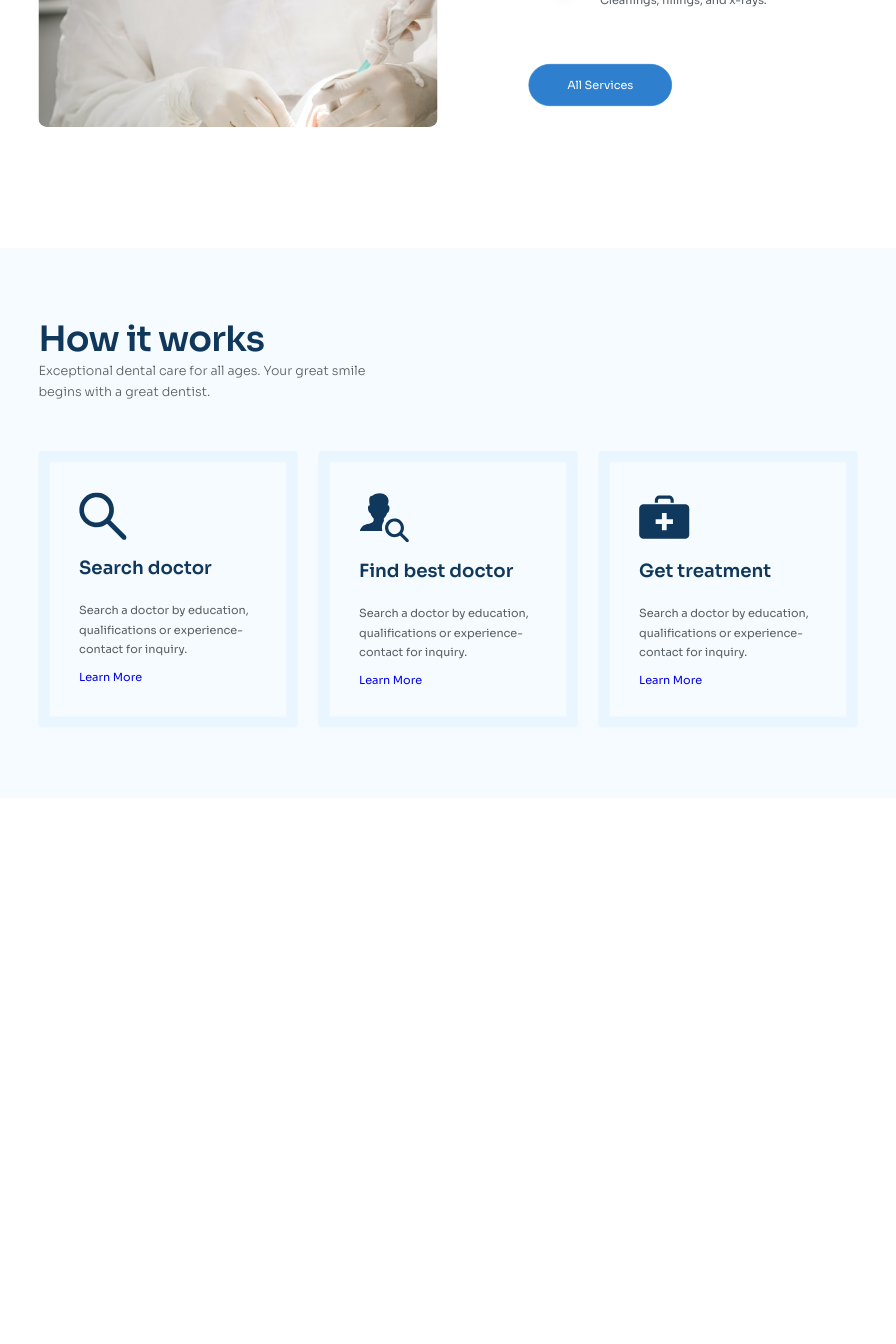
Repository: Tran-Dat/F8_Project_03
Page: index.html
An editor plug-in stored every save of this project. The page is shown before and after the next save, followed by the edit.
The browser window is 1280 px wide. The pictures show the part of the page from y = 1549 to 3469 px (the page is 3800 px tall), at 70% of full size.

Above is the page before, as saved 2023-04-03 15:54:26.

### index.html
<!DOCTYPE html>
<html lang="en">
    <head>
        <meta charset="UTF-8" />
        <meta http-equiv="X-UA-Compatible" content="IE=edge" />
        <meta name="viewport" content="width=device-width, initial-scale=1.0" />
        <title>shine smile</title>

        <!-- Favicon -->
        <link rel="apple-touch-icon" sizes="57x57" href="./assets/favicon/" />
        <link
            rel="apple-touch-icon"
            sizes="60x60"
            href="./assets/favicon/apple-icon-60x60.png"
        />
        <link
            rel="apple-touch-icon"
            sizes="72x72"
            href="./assets/favicon/apple-icon-72x72.png"
        />
        <link
            rel="apple-touch-icon"
            sizes="76x76"
            href="./assets/favicon/apple-icon-76x76.png"
        />
        <link
            rel="apple-touch-icon"
            sizes="114x114"
            href="./assets/favicon/apple-icon-114x114.png"
        />
        <link
            rel="apple-touch-icon"
            sizes="120x120"
            href="./assets/favicon/apple-icon-120x120.png"
        />
        <link
            rel="apple-touch-icon"
            sizes="144x144"
            href="./assets/favicon/apple-icon-144x144.png"
        />
        <link
            rel="apple-touch-icon"
            sizes="152x152"
            href="./assets/favicon/apple-icon-152x152.png"
        />
        <link
            rel="apple-touch-icon"
            sizes="180x180"
            href="./assets/favicon/apple-icon-180x180.png"
        />
        <link
            rel="icon"
            type="image/png"
            sizes="192x192"
            href="./assets/favicon/android-icon-192x192.png"
        />
        <link
            rel="icon"
            type="image/png"
            sizes="32x32"
            href="./assets/favicon/favicon-32x32.png"
        />
        <link
            rel="icon"
            type="image/png"
            sizes="96x96"
            href="./assets/favicon/favicon-96x96.png"
        />
        <link
            rel="icon"
            type="image/png"
            sizes="16x16"
            href="./assets/favicon/favicon-16x16.png"
        />
        <link rel="manifest" href="./assets/favicon/manifest.json" />
        <meta name="msapplication-TileColor" content="#ffffff" />
        <meta
            name="msapplication-TileImage"
            content="./assets/favicon/ms-icon-144x144.png"
        />
        <meta name="theme-color" content="#ffffff" />

        <!-- Emmet Fonts -->
        <link rel="preconnect" href="https://fonts.googleapis.com" />
        <link rel="preconnect" href="https://fonts.gstatic.com" crossorigin />
        <link
            href="https://fonts.googleapis.com/css2?family=Sora:wght@300;400;500;600;700;800&display=swap"
            rel="stylesheet"
        />

        <!-- Reset Css -->
        <link rel="stylesheet" href="./assets/css/reset.css" />
        <link rel="stylesheet" href="./assets/css/style.css" />
    </head>
    <body>
        <!-- Header -->
        <header class="header">
            <div class="container">
                <!-- Header top -->
                <div class="header-top">
                    <!-- Logo -->
                    <a href="/">
                        <div class="logo">
                            <span class="logo__circle"> </span>
                            <span class="logo__text">
                                <span class="logo__brand">Shine</span>
                                <span class="logo__brand logo__brand--small">
                                    smile
                                </span>
                            </span>
                        </div>
                    </a>

                    <!-- NavBar -->
                    <nav class="navbar">
                        <ul class="navbar__list">
                            <li class="navbar__item">
                                <a
                                    href="#!"
                                    class="navbar__link navbar__item--active"
                                >
                                    Home
                                </a>
                            </li>
                            <li class="navbar__item">
                                <a href="#!" class="navbar__link">Services</a>
                            </li>
                            <li class="navbar__item">
                                <a href="#!" class="navbar__link">About</a>
                            </li>
                            <li class="navbar__item">
                                <a href="#!" class="navbar__link">Doctors</a>
                            </li>
                        </ul>
                    </nav>

                    <!-- Action -->
                    <div class="header-action">
                        <a href="" class="header-action__login">Log In</a>
                        <button href="" class="btn header-action__signup">
                            Sign Up
                        </button>
                    </div>
                </div>

                <!-- Hero -->
                <section class="hero">
                    <!-- Hero content -->
                    <section class="hero__content">
                        <h1 class="hero__heading">
                            Exceptional dental care for all ages.
                        </h1>
                        <p class="hero__desc">
                            Exceptional dental care for all ages. Your great
                            smile begins with a great dentist.
                        </p>
                        <div class="hero__row">
                            <a href="" class="btn">Book Online</a>
                            <span class="hero__phone"
                                >or call (123) 456-7890</span
                            >
                        </div>
                    </section>

                    <!-- Hero media -->
                    <div class="hero__media">
                        <figure class="hero__images">
                            <img
                                src="./assets/img/hero-01.jpg"
                                alt=""
                                class="hero__img"
                            />
                            <img
                                src="./assets/img/hero-02.jpg"
                                alt=""
                                class="hero__img"
                            />
                        </figure>
                    </div>
                </section>
            </div>
        </header>

        <main style="height: 3000px">
            <!-- Service -->
            <section class="service">
                <div class="container">
                    <h2 class="service__heading section-heading">
                        Our services
                    </h2>
                    <p class="service__desc section-desc">
                        Exceptional dental care for all ages. Your great smile
                        begins with a great dentist.
                    </p>

                    <div class="service__row">
                        <figure>
                            <img
                                src="./assets/img/hero-01.jpg"
                                alt=""
                                class="service__img"
                            />
                        </figure>

                        <div>
                            <!-- Service List -->
                            <div class="service__list">
                                <!-- Service item 1 -->
                                <section class="service-item">
                                    <div class="service-item__icon">
                                        <!-- icon -->
                                        <svg
                                            width="22"
                                            height="24"
                                            viewBox="0 0 22 24"
                                            fill="none"
                                            xmlns="http://www.w3.org/2000/svg"
                                        >
                                            <path
                                                d="M20.3598 2.63964C17.9506 -0.556131 14.2772 -0.568132 11.2481 1.10682C11.001 1.24657 10.7219 1.31411 10.4406 1.30222C10.1592 1.29033 9.88633 1.19945 9.65105 1.03931C8.49552 0.245717 7.29036 -0.316477 5.13904 0.207462C0.623408 1.3071 0 4.90379 0 8.99816C0.0797353 12.1602 0.500857 15.3032 1.25551 18.3683C2.11836 22.0168 3.90382 24 5.43354 24C6.96326 24 7.00963 22.2204 7.00963 20.8016C7.00963 19.2009 7.39505 14.8009 10.8642 14.8009C13.5317 14.8009 14.3333 18.4013 14.3333 20.8016C14.3329 23.095 15.1722 24 16.6628 24C19.5267 24 20.9796 15.3938 21.3719 13.1237C21.7642 10.8535 22.9882 6.12569 20.3598 2.63964Z"
                                                fill="currentColor"
                                            />
                                        </svg>
                                    </div>

                                    <div class="service-item__body">
                                        <h3 class="service-item__heading">
                                            Oral Surgery
                                        </h3>
                                        <p class="service-item__desc">
                                            Everything you expect and then some.
                                            Cleanings, fillings, and x-rays.
                                        </p>
                                    </div>
                                </section>

                                <!-- Service item 2 -->
                                <section class="service-item">
                                    <div class="service-item__icon">
                                        <!-- icon -->
                                        <svg
                                            width="22"
                                            height="24"
                                            viewBox="0 0 22 24"
                                            fill="none"
                                            xmlns="http://www.w3.org/2000/svg"
                                        >
                                            <path
                                                d="M20.3598 2.63964C17.9506 -0.556131 14.2772 -0.568132 11.2481 1.10682C11.001 1.24657 10.7219 1.31411 10.4406 1.30222C10.1592 1.29033 9.88633 1.19945 9.65105 1.03931C8.49552 0.245717 7.29036 -0.316477 5.13904 0.207462C0.623408 1.3071 0 4.90379 0 8.99816C0.0797353 12.1602 0.500857 15.3032 1.25551 18.3683C2.11836 22.0168 3.90382 24 5.43354 24C6.96326 24 7.00963 22.2204 7.00963 20.8016C7.00963 19.2009 7.39505 14.8009 10.8642 14.8009C13.5317 14.8009 14.3333 18.4013 14.3333 20.8016C14.3329 23.095 15.1722 24 16.6628 24C19.5267 24 20.9796 15.3938 21.3719 13.1237C21.7642 10.8535 22.9882 6.12569 20.3598 2.63964Z"
                                                fill="currentColor"
                                            />
                                        </svg>
                                    </div>

                                    <div class="service-item__body">
                                        <h3 class="service-item__heading">
                                            Wisdom Teeth Removal
                                        </h3>
                                        <p class="service-item__desc">
                                            Everything you expect and then some.
                                            Cleanings, fillings, and x-rays.
                                        </p>
                                    </div>
                                </section>

                                <!-- Service item 3 -->
                                <section class="service-item">
                                    <div class="service-item__icon">
                                        <!-- icon -->
                                        <svg
                                            width="22"
                                            height="24"
                                            viewBox="0 0 22 24"
                                            fill="none"
                                            xmlns="http://www.w3.org/2000/svg"
                                        >
                                            <path
                                                d="M20.3598 2.63964C17.9506 -0.556131 14.2772 -0.568132 11.2481 1.10682C11.001 1.24657 10.7219 1.31411 10.4406 1.30222C10.1592 1.29033 9.88633 1.19945 9.65105 1.03931C8.49552 0.245717 7.29036 -0.316477 5.13904 0.207462C0.623408 1.3071 0 4.90379 0 8.99816C0.0797353 12.1602 0.500857 15.3032 1.25551 18.3683C2.11836 22.0168 3.90382 24 5.43354 24C6.96326 24 7.00963 22.2204 7.00963 20.8016C7.00963 19.2009 7.39505 14.8009 10.8642 14.8009C13.5317 14.8009 14.3333 18.4013 14.3333 20.8016C14.3329 23.095 15.1722 24 16.6628 24C19.5267 24 20.9796 15.3938 21.3719 13.1237C21.7642 10.8535 22.9882 6.12569 20.3598 2.63964Z"
                                                fill="currentColor"
                                            />
                                        </svg>
                                    </div>

                                    <div class="service-item__body">
                                        <h3 class="service-item__heading">
                                            Preventative Dentistry
                                        </h3>
                                        <p class="service-item__desc">
                                            Everything you expect and then some.
                                            Cleanings, fillings, and x-rays.
                                        </p>
                                    </div>
                                </section>
                            </div>

                            <a href="" class="btn">All Services</a>
                        </div>
                    </div>
                </div>
            </section>

            <!-- Work -->
            <section class="work">
                <div class="container">
                    <h2 class="section-heading">How it works</h2>
                    <p class="section-desc work__desc">
                        Exceptional dental care for all ages. Your great smile
                        begins with a great dentist.
                    </p>

                    <!-- Work List -->
                    <div class="work__list">
                        <!-- work item 1 -->
                        <section class="work-item">
                            <img
                                src="./assets/icon/search.svg"
                                alt="search"
                                class="work-item__icon"
                            />
                            <h3 class="work-item__heading">Search doctor</h3>
                            <p class="work-item__desc">
                                Search a doctor by education, qualifications or
                                experience-contact for inquiry.
                            </p>
                            <a href="#!" class="work__more">Learn More</a>
                        </section>

                        <!-- work item 2 -->
                        <section class="work-item">
                            <img
                                src="./assets/icon/search-use.svg"
                                alt="search"
                                class="work-item__icon"
                            />
                            <h3 class="work-item__heading">Find best doctor</h3>
                            <p class="work-item__desc">
                                Search a doctor by education, qualifications or
                                experience-contact for inquiry.
                            </p>
                            <a href="#!" class="work__more">Learn More</a>
                        </section>

                        <!-- work item 3 -->
                        <section class="work-item">
                            <img
                                src="./assets/icon/bag.svg"
                                alt="search"
                                class="work-item__icon"
                            />
                            <h3 class="work-item__heading">Get treatment</h3>
                            <p class="work-item__desc">
                                Search a doctor by education, qualifications or
                                experience-contact for inquiry.
                            </p>
                            <a href="#!" class="work__more">Learn More</a>
                        </section>
                    </div>
                </div>
            </section>
        </main>
    </body>
</html>

### assets/css/style.css
* {
    box-sizing: border-box;
}

:root {
    --header-bg: #10375c;
}

html {
    font-size: 62.5%;
}

body {
    font-size: 1.6rem;
    font-family: "Sora", sans-serif;
}

/* ================================================================ Common ================================================================ */

.btn {
    --height: 60px;

    display: inline-block;
    min-width: 205px;
    height: var(--height);
    padding: 0 20px;
    border-radius: 99px;
    border: 1px solid #2e80ce;
    font-size: 1.6rem;
    font-weight: 400;
    text-align: center;
    line-height: var(--height);
    color: #fff;
    background: #2e80ce;
}

.btn:hover {
    opacity: 0.9;
    cursor: pointer;
}

a {
    text-decoration: none;
}

.container {
    width: 1170px;
    max-width: calc(100% - 48px);
    margin: 0 auto;
}

.section-heading {
    font-weight: 600;
    font-size: 5rem;
    line-height: 1.2;
    letter-spacing: -0.02em;
    color: #10375c;
}

.section-desc {
    font-weight: 300;
    font-size: 1.8rem;
    line-height: 1.67;
    color: #575f66;
}

/* ================================================================ Header ================================================================ */

.header {
    min-height: 100vh;
    background: var(--header-bg);
    padding-top: 30px;
}

.header-top {
    display: flex;
    justify-content: space-between;
    align-items: center;
}

.logo {
    display: inline-flex;
    position: relative;
    font-size: 1rem;
}

.logo__circle::before,
.logo__circle::after {
    content: "";
    display: inline-block;
    border-radius: 50%;
}

.logo__circle::before {
    width: 3em;
    height: 3em;
    background: #2e80ce;
}

.logo__circle::after {
    position: absolute;
    top: 1.1em;
    left: 1.1em;
    width: 1.6em;
    height: 1.6em;
    background: #fff;
}

.logo__text {
    margin-left: 0.6em;
    text-align: right;
    line-height: 1.6em;
}

.logo__brand {
    display: block;
    font-size: 1.8em;
    font-weight: 400;
    color: #fff;
}

.logo__brand--small {
    font-size: 1.2em;
    font-weight: 300;
}

.navbar__list {
    display: flex;
}

.header-action__login,
.navbar__link {
    padding: 4px 21px;
    font-weight: 300;
    font-size: 1.6rem;
    line-height: 1.75;
    color: #c9d2da;
}

.navbar__link:hover,
.navbar__item--active {
    text-shadow: 1px 0 0 currentColor;
    color: #fff;
}

.navbar__item--active::before {
    position: relative;
    left: -8px;
    top: -2px;
    content: "";
    display: inline-block;
    width: 6px;
    height: 6px;
    border-radius: 50%;
    background-color: #fff;
}

.header-action {
    display: flex;
    align-items: center;
}

.header-action__login {
    margin-right: 7px;
}

.header-action__signup {
    --height: 44px;
    height: var(--height);
    min-width: 104px;
}

/* ========================================== Hero =========================================== */

.hero {
    margin-top: 76px;
    display: flex;
    align-items: center;
    padding-bottom: 110px;
}

/*           Hero content             */
.hero__content {
    flex-shrink: 0;
    width: 44%;
}

.hero__heading {
    font-weight: 600;
    font-size: 7rem;
    line-height: 1.14;
    letter-spacing: -0.02em;
    color: #ffffff;
}

.hero__desc {
    margin-top: 22px;
    font-weight: 300;
    font-size: 1.8rem;
    line-height: 1.67;
    color: #c9d2da;
}

.hero__row {
    display: flex;
    align-items: center;
    margin-top: 38px;
}

.hero__phone {
    margin-left: 38px;
    font-size: 1.8rem;
    line-height: 1.67;
    color: #ffffff;
}

/*           Hero media             */
.hero__media {
    flex-grow: 1;
}

.hero__images {
    display: flex;
    justify-content: flex-end;
    align-items: center;
}

.hero__img {
    width: 330px;
    height: 540px;
    border-radius: 6px;
    object-fit: cover;
}

.hero__img:first-child {
    position: relative;
    margin-right: -6px;
}

.hero__img:last-child {
    width: 210px;
    height: 410px;
}

/* ================================================================ Service ================================================================ */

.service {
    padding: 170px 0;
}

.service__heading,
.service__desc {
    text-align: center;
}

.service__desc {
    max-width: 468px;
    margin-left: auto;
    margin-right: auto;
}

.service__row {
    display: flex;
    justify-content: space-between;
    align-items: center;
    margin-top: 70px;
}

.service__img {
    height: 570px;
    width: 570px;
    object-fit: cover;
    border-radius: 12px;
}

/*******************service item*******************/
.service-item {
    display: flex;
    padding: 22px;
    width: 470px;
    background: #ffffff;
    border-radius: 10px;
    transition: 0.3s;
}

.service-item:hover {
    position: relative;
    box-shadow: 0px 14px 28px rgba(0, 0, 0, 0.05);
}

.service-item:hover .service-item__icon {
    background: #2e80ce;
    color: #fff;
}

.service-item__icon {
    display: flex;
    align-items: center;
    justify-content: center;
    flex-shrink: 0;
    width: 60px;
    height: 60px;
    background: #eff6fd;
    color: #10375c;
    box-shadow: 0px 8px 16px rgba(0, 0, 0, 0.05);
    border-radius: 50px;
}

.service-item__body {
    margin-left: 20px;
}

.service-item__heading {
    font-weight: 600;
    font-size: 1.8rem;
    line-height: 1.27;
    color: #10375c;
}

.service-item__desc {
    margin-top: 8px;
    font-size: 1.6rem;
    line-height: 1.75;
    color: #575f66;
}

.service__row .btn {
    margin-top: 55px;
}

/* ========================================== Work =========================================== */

.work {
    background: #f6fbff;
    padding: 100px 0;
}

.work__desc {
    width: 468px;
}

.work__list {
    display: grid;
    grid-template-columns: repeat(3, 1fr);
    column-gap: 30px;
    margin-top: 70px;
}

.work-item {
    border: 16px solid #eaf6ff;
    border-radius: 4px;
    padding: 43px 42px;
}

.work-item__heading {
    margin-top: 20px;
    font-weight: 600;
    font-size: 2.6rem;
    line-height: 1.38;
    color: #10375c;
}

.work-item__desc {
    margin-top: 28px;
    font-size: 1.6rem;
    line-height: 1.75;
    color: #575f66;
    margin-bottom: 18px;
}

.work-item__more {
    font-weight: 400;
    font-size: 1.6rem;
    line-height: 1.75;
    color: #2e80ce;
}

Loaded but not shown: assets/css/reset.css (common file)

After the next save:
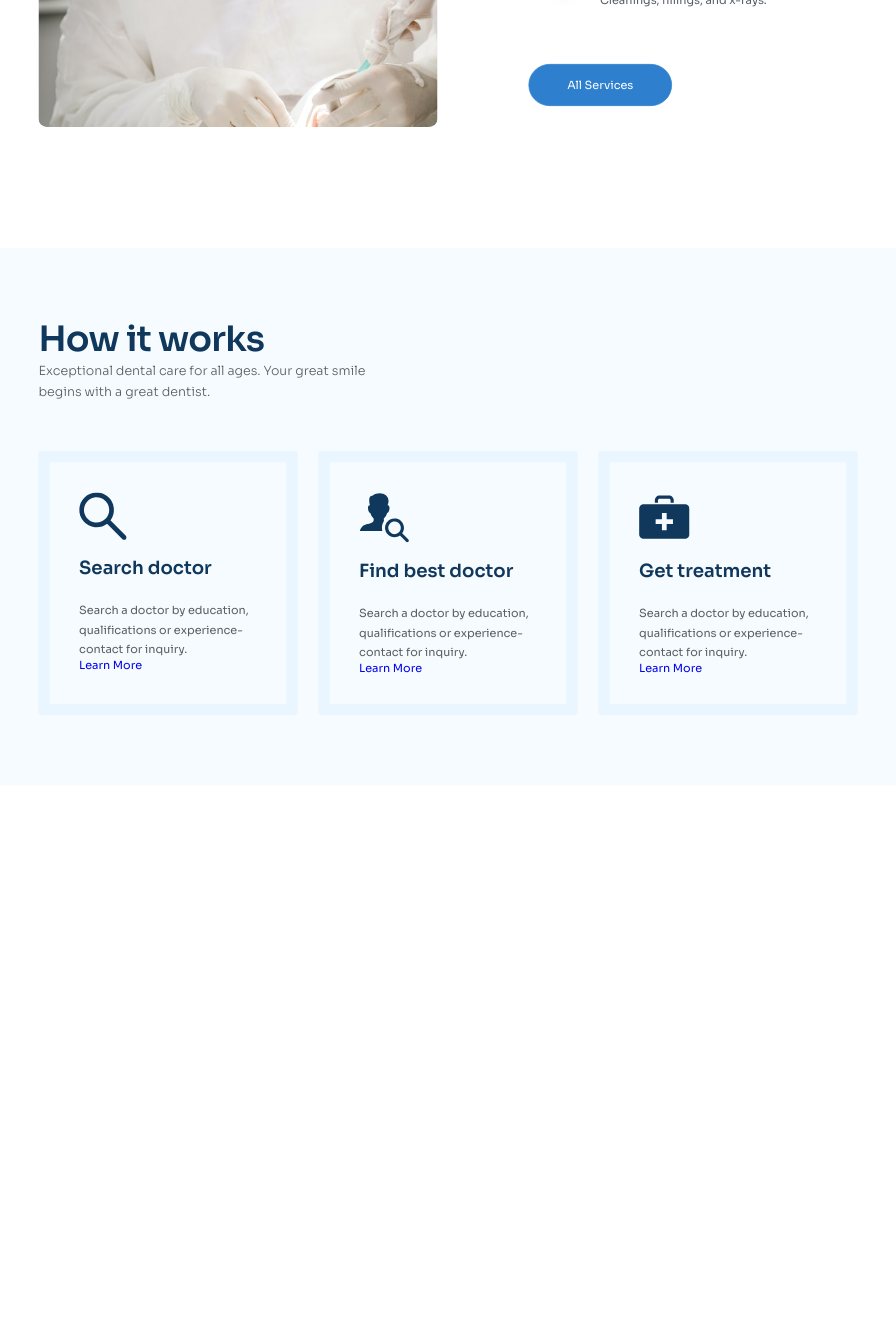
Saved 37 s later.
--- a/assets/css/style.css
+++ b/assets/css/style.css
@@ -365,10 +365,11 @@ a {
     font-size: 1.6rem;
     line-height: 1.75;
     color: #575f66;
-    margin-bottom: 18px;
 }
 
 .work-item__more {
+    display: inline-block;
+    margin-top: 18px;
     font-weight: 400;
     font-size: 1.6rem;
     line-height: 1.75;
